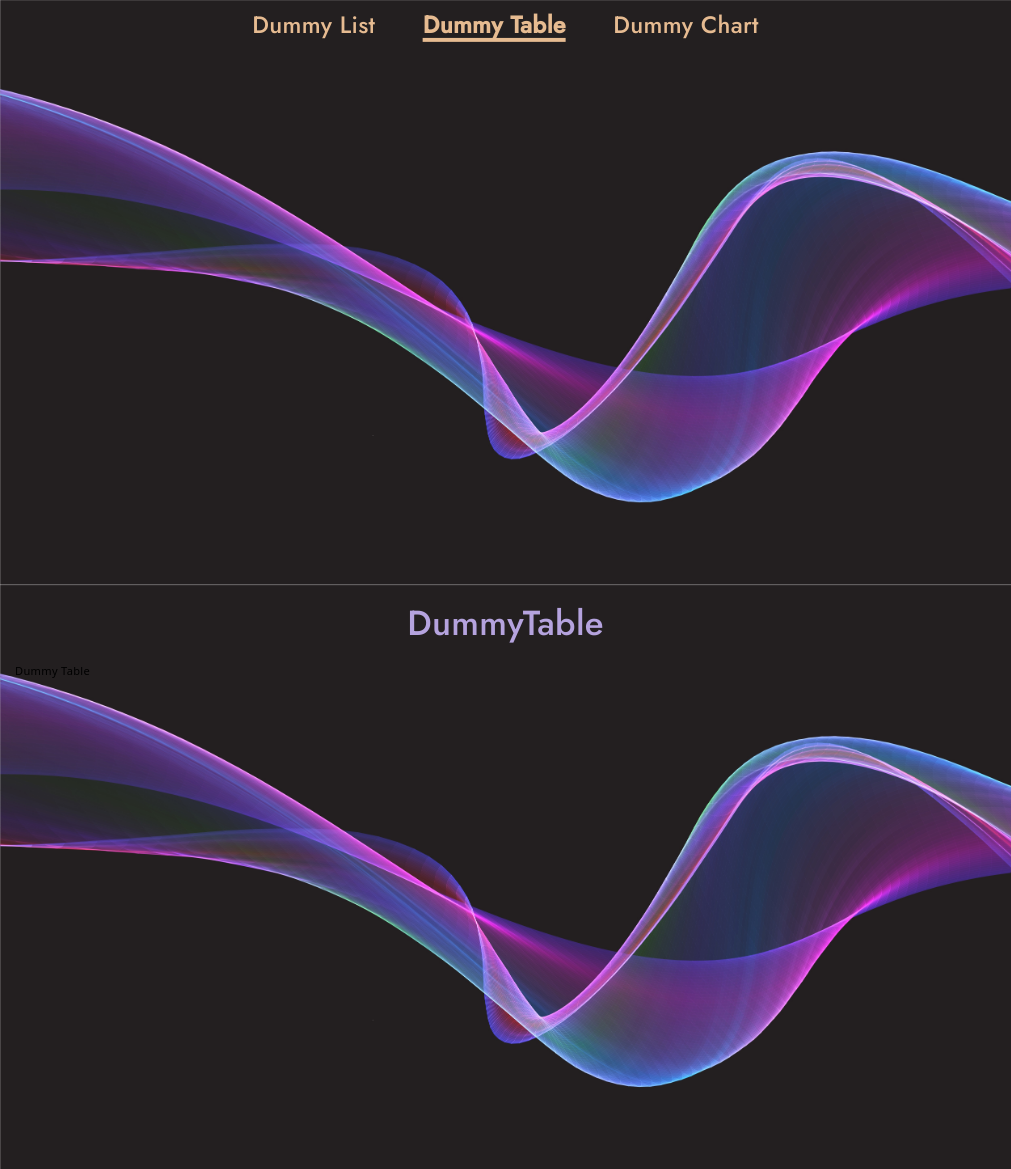
Repository: Vadim-27/backendless
Page: /tabs/dummyTable
An editor plug-in stored every save of this project. The page is shown before and after a run of saves, followed by the edit.
The browser window is 1280 px wide. The pictures show the whole page, at 79% of full size.
Backgrounds fixed to the window are drawn as part of the page. The project was rebuilt for these pictures with package versions that can differ from the ones it lists, and the page was loaded fresh each time.

Above is the page before, as saved 2023-10-28 16:36:33.

After the next 2 saves:
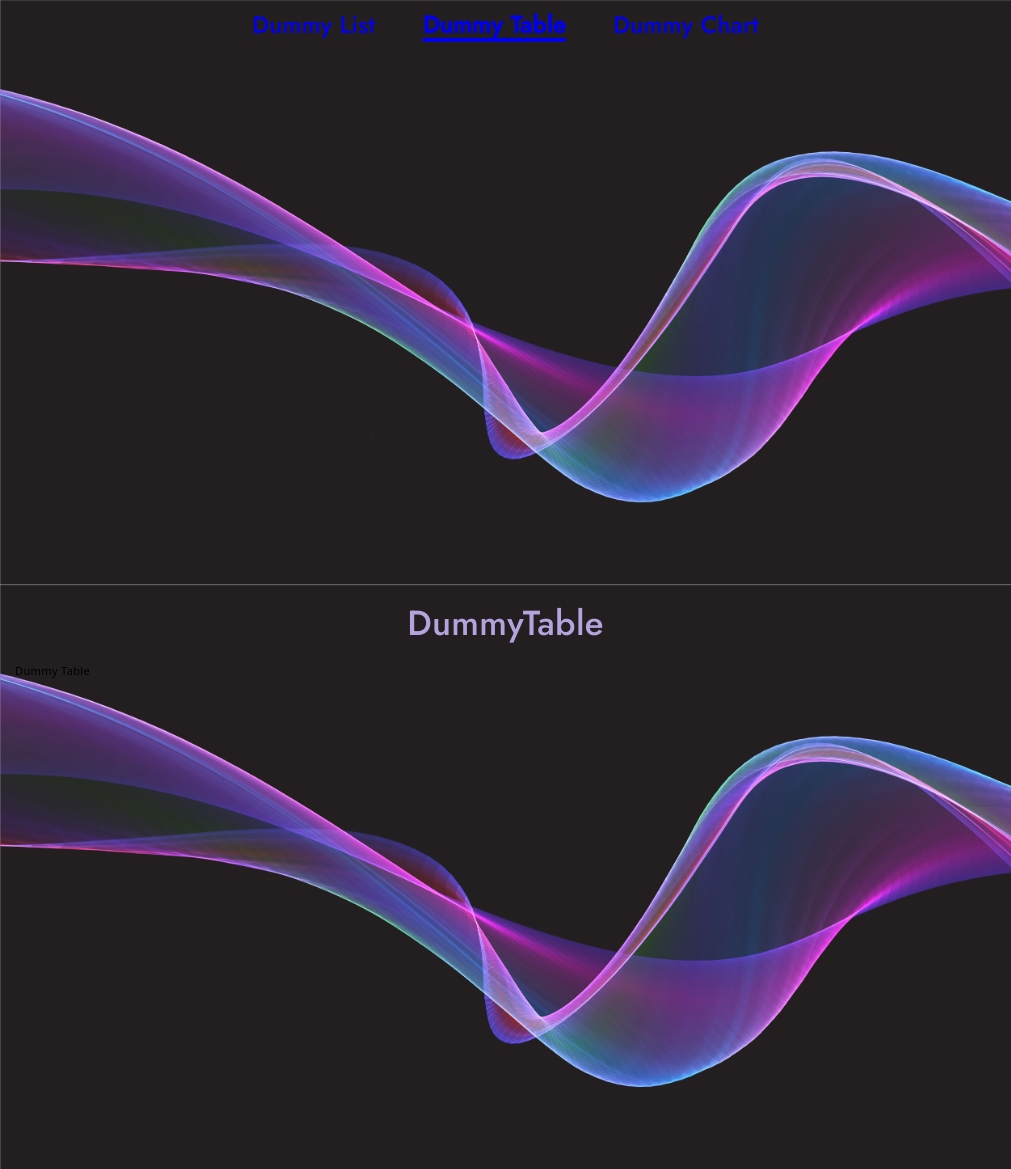
The 2 saves are shown as one change because they came seconds apart.
The last was saved 31 s later.
--- a/src/modules/Navbar/navbar.module.scss
+++ b/src/modules/Navbar/navbar.module.scss
@@ -8,7 +8,7 @@
 .link {
     padding-bottom: 5px;
     text-decoration: none;
-    color: #E6BB91;
+    color: var();
     display: inline-block;
     padding: 10px 0px;
     font-family: Jost-Medium;
